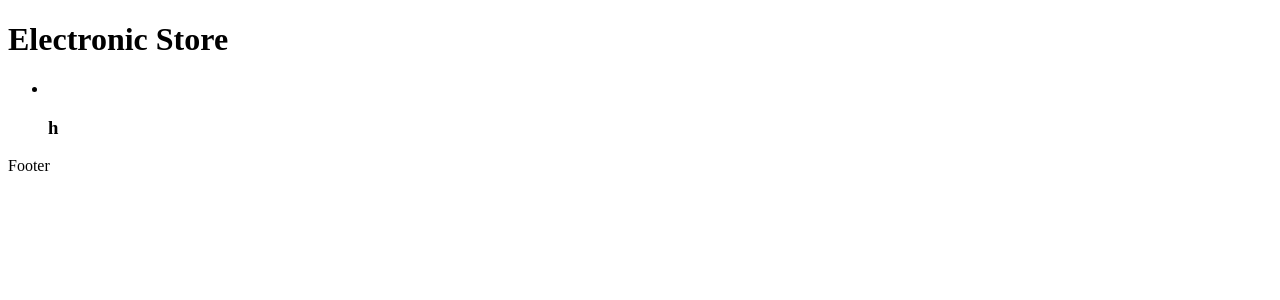
Repository: Lithium87/e-Strore
Page: /
These files come from the project's save history. The page is drawn as it stood at one moment and after the next save; the edit follows.
The browser window is 1280 px wide. The pictures show the whole page.
The project was rebuilt for these pictures with package versions that can differ from the ones it lists, and the page was loaded fresh each time. Also part of the build but not shown: vite.config.js.

Above is the page before, as saved 2025-07-05 14:57:52.

After the next save:
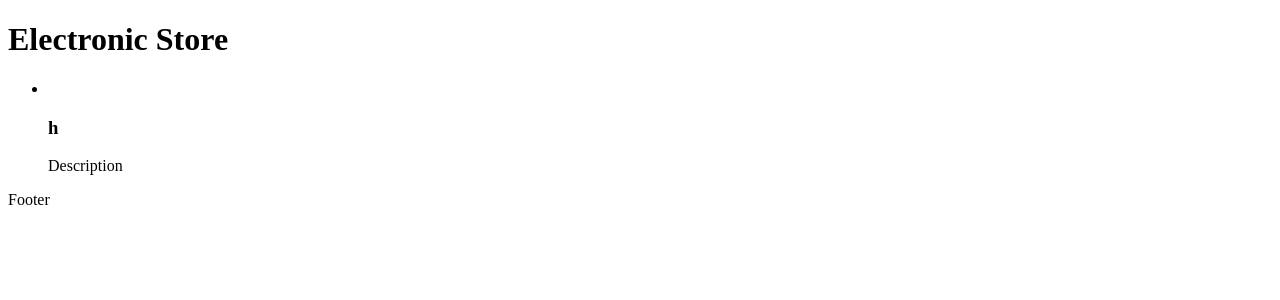
Saved 27 s later.
--- a/src/App.jsx
+++ b/src/App.jsx
@@ -78,7 +78,7 @@ const Product = () => {
     <li>
       <img src="" alt="" />
       <h3>h</h3>
-
+      <p>Description</p>
     </li>
   );
 };
